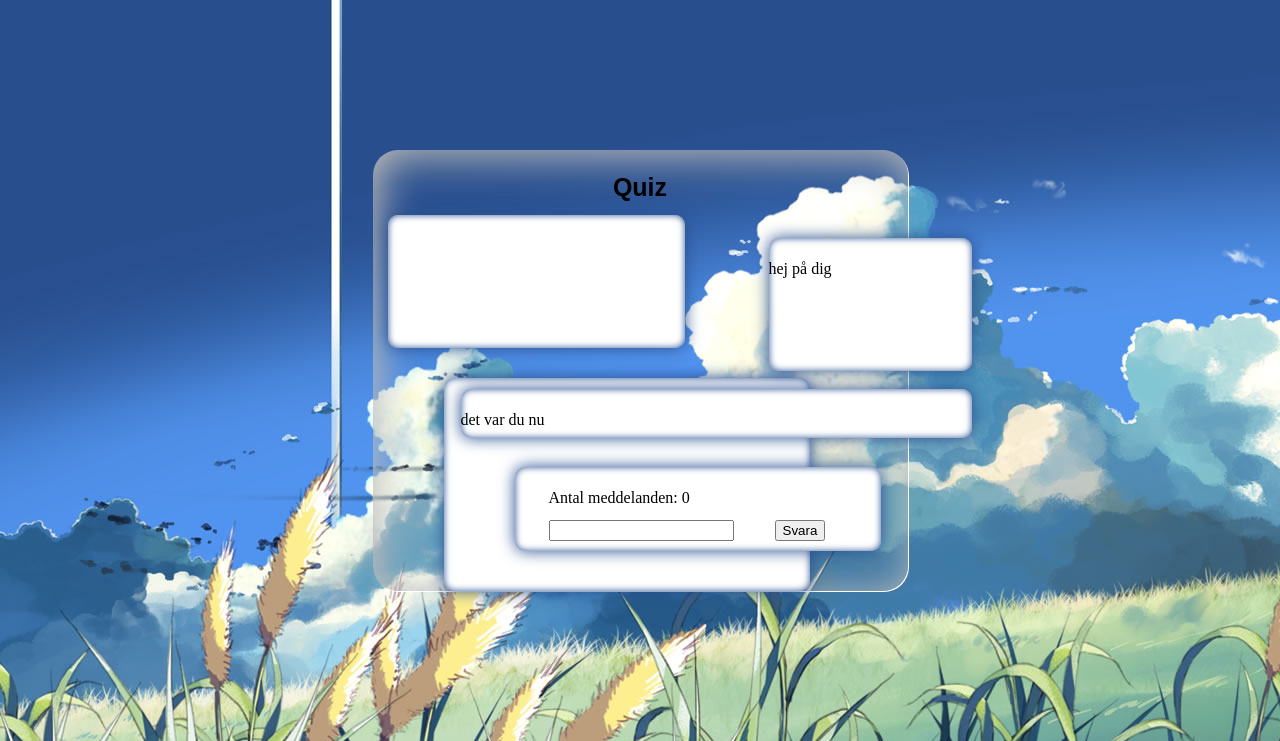
Repository: Marco30/1dv403-laborationer
Page: 4-thequiz/index.html
The author's editor kept a record of every edit. The page is drawn from the files as they stood at one moment, then again after the next edit.
The browser window is 1280 px wide. The pictures show the whole page.
The page's requests for data from a server got no answer.

Above is the page before.

After the next edit:
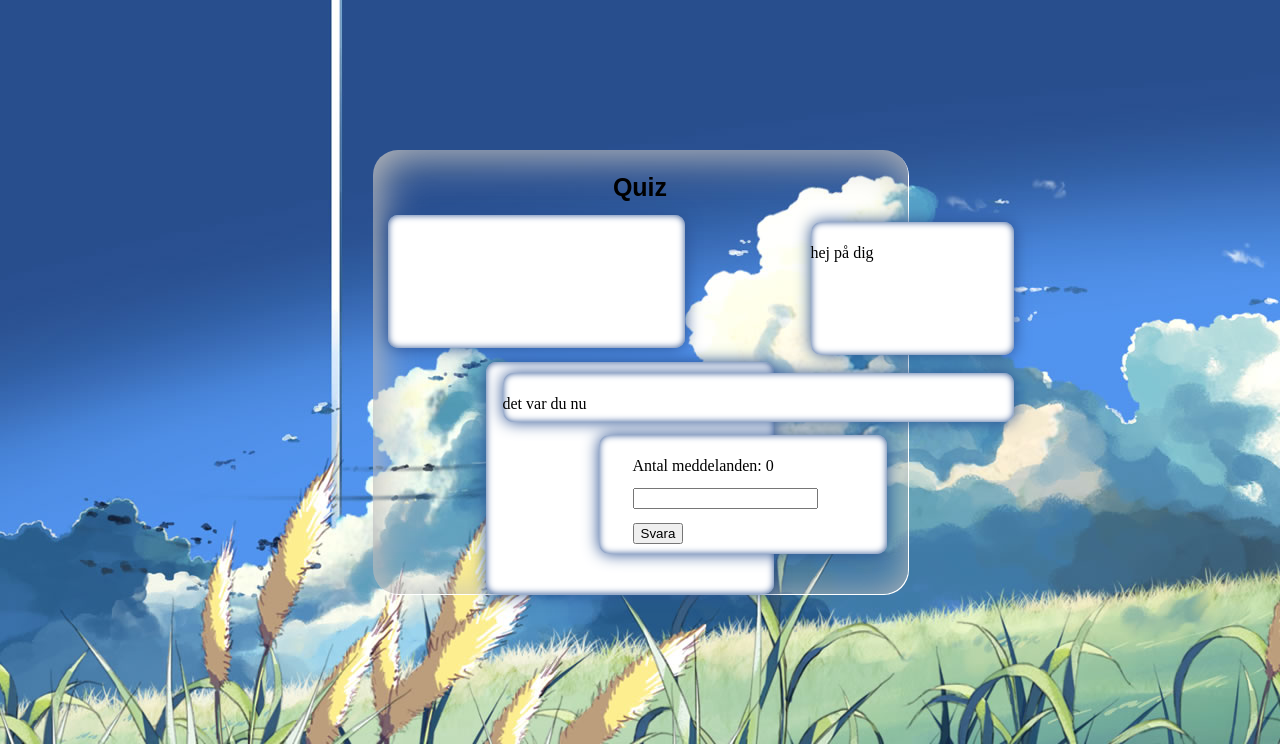
The edit:
--- a/4-thequiz/css/style.css
+++ b/4-thequiz/css/style.css
@@ -184,25 +184,13 @@
 #textruta
 {
   background-color: #FFF;
-width: 366px;
-height: auto;
-padding-top: 23px;
-padding-bottom: 10px;
-margin: 6px 649px 30px 71px;
-    margin-top: 6px;
-    margin-right-value: 649px;
-    margin-bottom: 30px;
-    margin-left-value: 71px;
-    margin-left-ltr-source: physical;
-    margin-left-rtl-source: physical;
-    margin-right-ltr-source: physical;
-    margin-right-rtl-source: physical;
-word-wrap: break-word;
-border-radius: 10px;
-    border-top-left-radius: 10px;
-    border-top-right-radius: 10px;
-    border-bottom-right-radius: 10px;
-    border-bottom-left-radius: 10px;
+width: 288px;
+height: auto;
+padding-top: 23px;
+padding-bottom: 10px;
+margin: -16px 649px 30px 113px;
+word-wrap: break-word;
+border-radius: 10px;
 box-shadow: 0px 0px 7px 0px #2A5091 inset, 0px 0px 16px 0px #2A5091;
 }
 
@@ -217,4 +205,10 @@
 border-radius: 10px;
 box-shadow: 0px 0px 7px 0px #2A5091 inset, 0px 0px 16px 0px #2A5091;
 height: 100px;
-}
+
+font-size: 22px;
+text-align: center;
+font-weight: bold;
+vertical-align: middle;
+line-height: 90px;
+}
